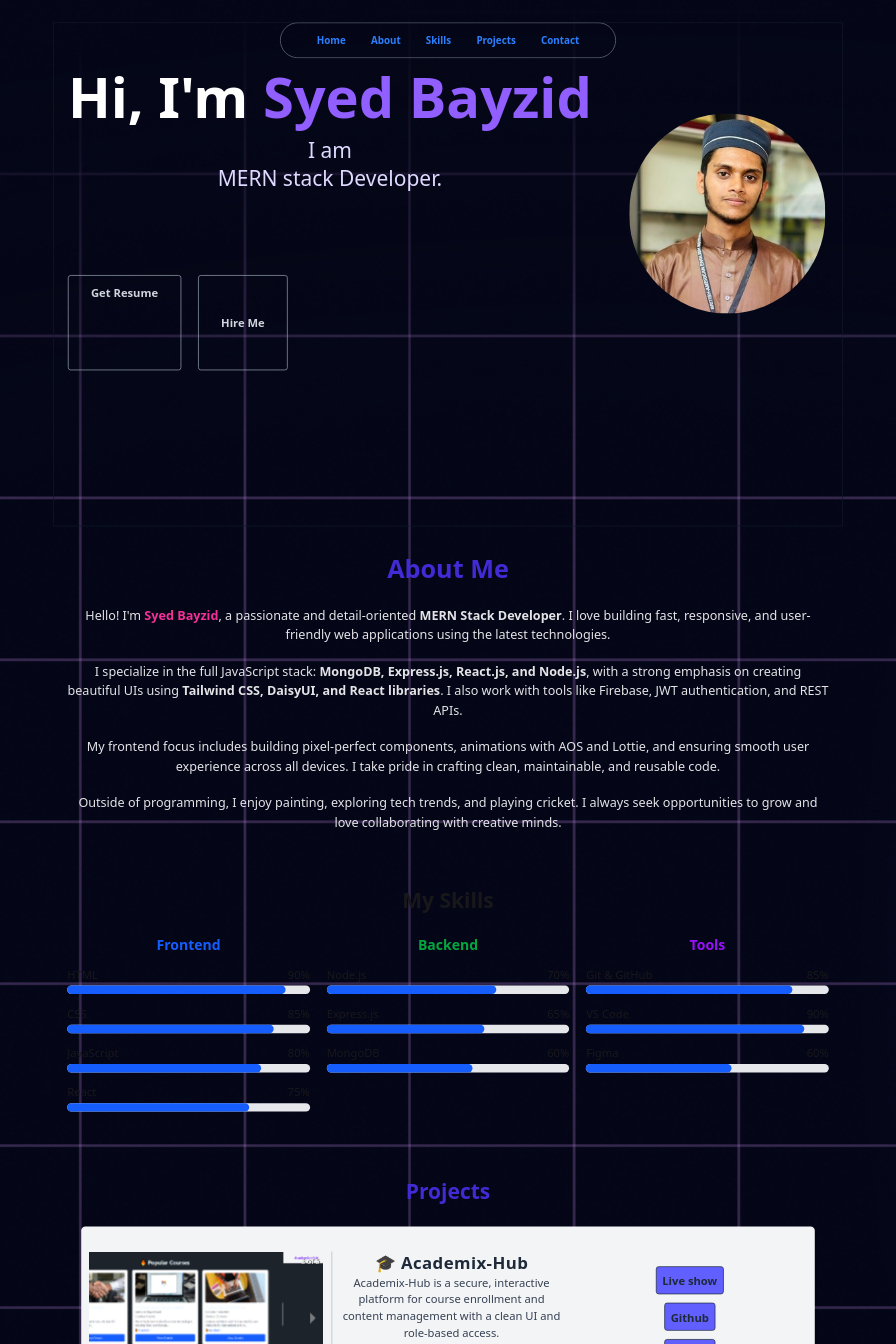
Repository: syedbayzid82849/syed-bayzid
Page: /
These files come from the project's save history. The page is drawn as it stood at one moment and after a run of saves; the edit follows.
The browser window is 1280 px wide. The pictures show the part of the page from y = 0 to 1920 px (the page is 3000 px tall), at 70% of full size.
The project was rebuilt for these pictures with package versions that can differ from the ones it lists, and the page was loaded fresh each time. Also part of the build but not shown: vite.config.js, src/App.jsx.

Above is the page before, as saved 2025-08-11 14:48:54.

After the next 4 saves:
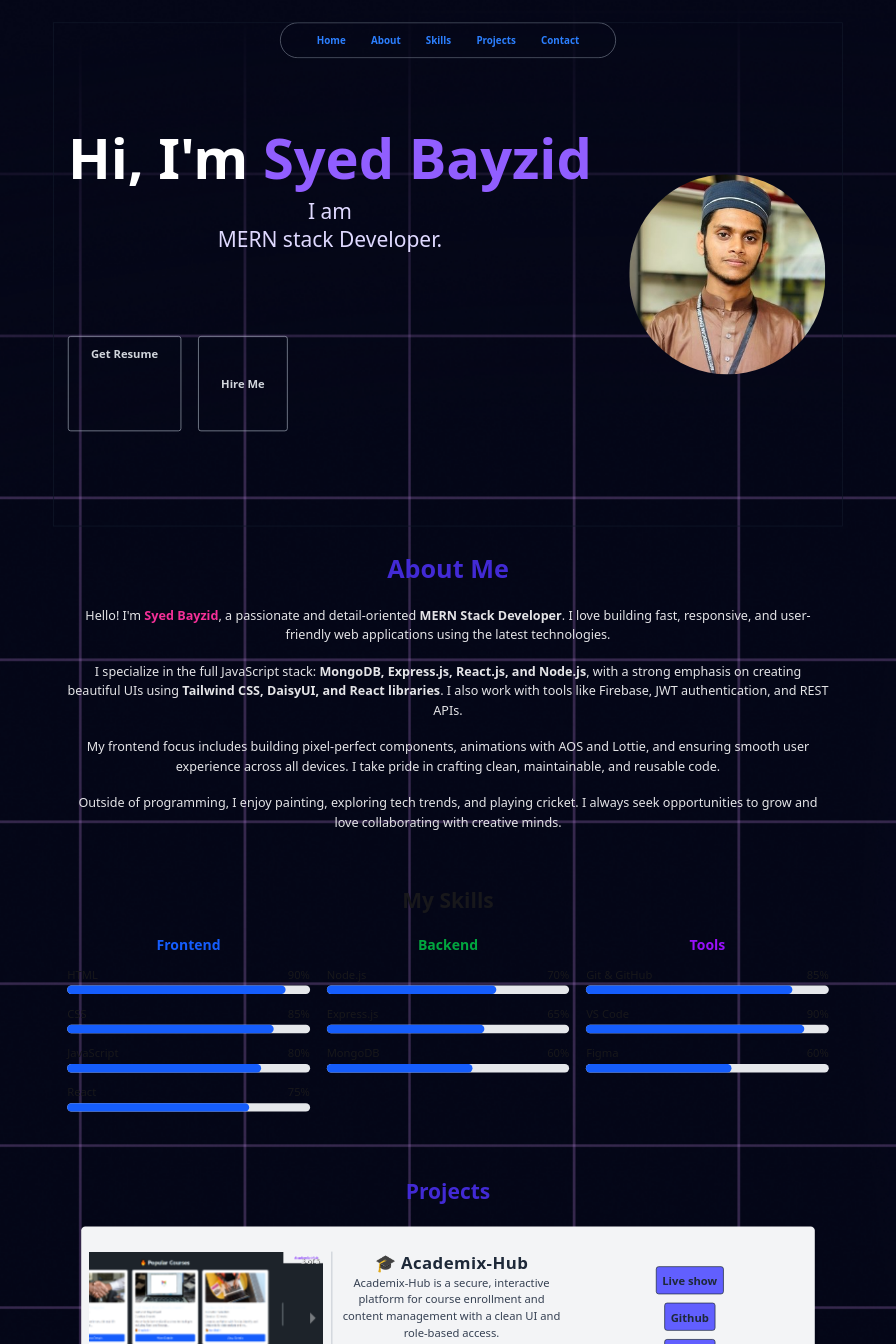
The 4 saves are shown as one change because they came seconds apart.
The last was saved 9 s later.
--- a/src/Components/HomeComponents/Hero.jsx
+++ b/src/Components/HomeComponents/Hero.jsx
@@ -6,7 +6,7 @@ const Hero = () => {
         toast.success('Downloading Resume...');
     };
     return (
-        <section id='home' className="border h-screen text-gray-900 dark:text-white transition-colors duration-300">
+        <section id='home' className="border h-screen flex items-center text-gray-900 dark:text-white transition-colors duration-300">
 
             <div className="container flex flex-col justify-center  mx-auto  sm:py-12 lg:flex-row  lg:justify-between">
                 {/* Left Text Content */}
